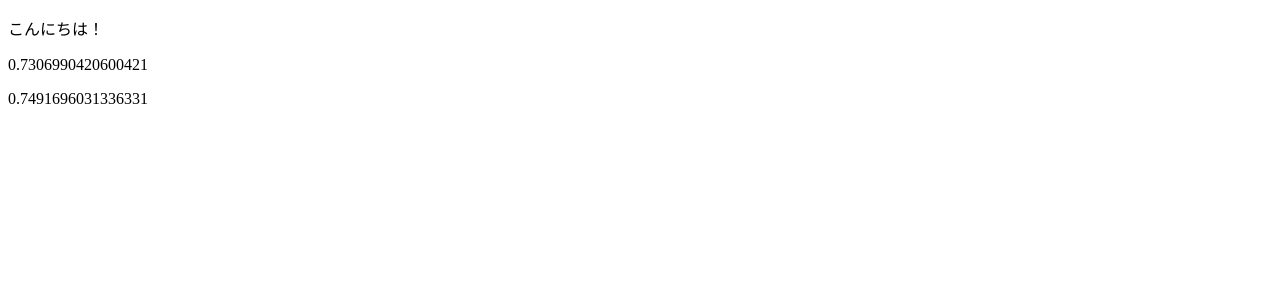
Repository: 3103senoomizho/test
Page: http://localhost/HelloJSP/
An editor plug-in stored every save of this project. The page is shown before and after the next save, followed by the edit.
The browser window is 1280 px wide. The pictures show the whole page.
The page is served by Tomcat 9.

Above is the page before, as saved 2018-03-01 01:15:21.

After the next save:
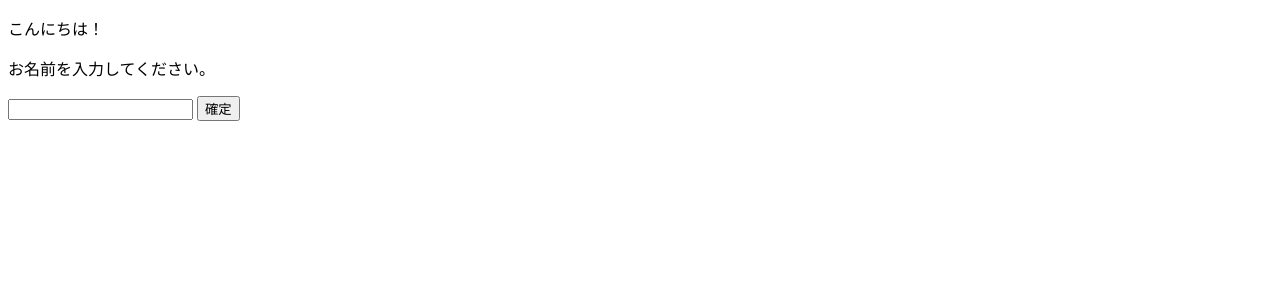
Saved 11 min 24 s later.
--- a/HelloJSP/WebContent/index.jsp
+++ b/HelloJSP/WebContent/index.jsp
@@ -10,8 +10,11 @@
 
 <p>こんにちは！</p>
 
-<p><% out.println(Math.random());%></p>
-<p><%=Math.random()  %></p>
+<p>お名前を入力してください。</p>
+<form method="post" action="greeting-out.jsp">
+<input type="text" name="user">
+<input type="submit" value="確定">
+</form>
 
 </body>
 </html>
